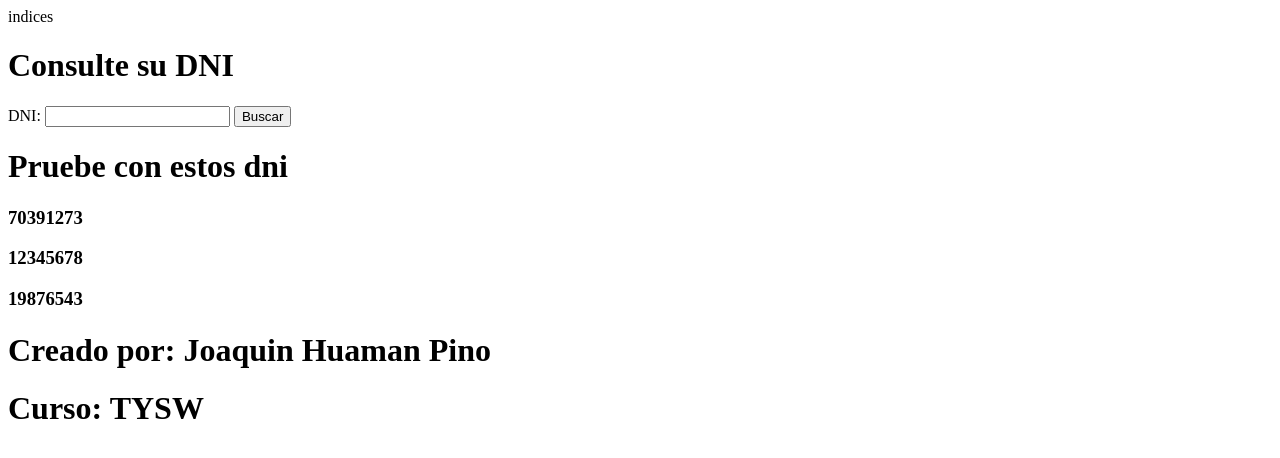
Repository: quino22/ulasalle
Page: ev3-70391273/war/index.html
An editor plug-in stored every save of this project. The page is shown before and after the next save, followed by the edit.
The browser window is 1280 px wide. The pictures show the whole page.

Above is the page before, as saved 2016-11-04 21:03:33.

After the next save:
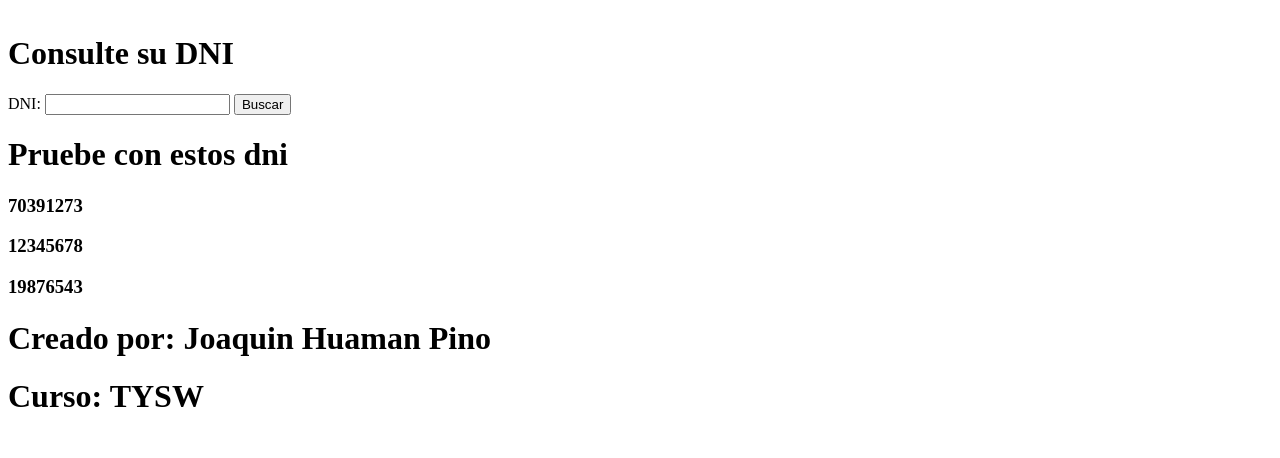
Saved 31 s later.
--- a/ev3-70391273/war/index.html
+++ b/ev3-70391273/war/index.html
@@ -14,7 +14,7 @@
 
   <body>
   	<table>
-  		<tr>indices</tr>
+  		  <td colspan="2" style="font-weight:bold;"></td>
   	</table>
     <h1>Consulte su DNI</h1>
 
